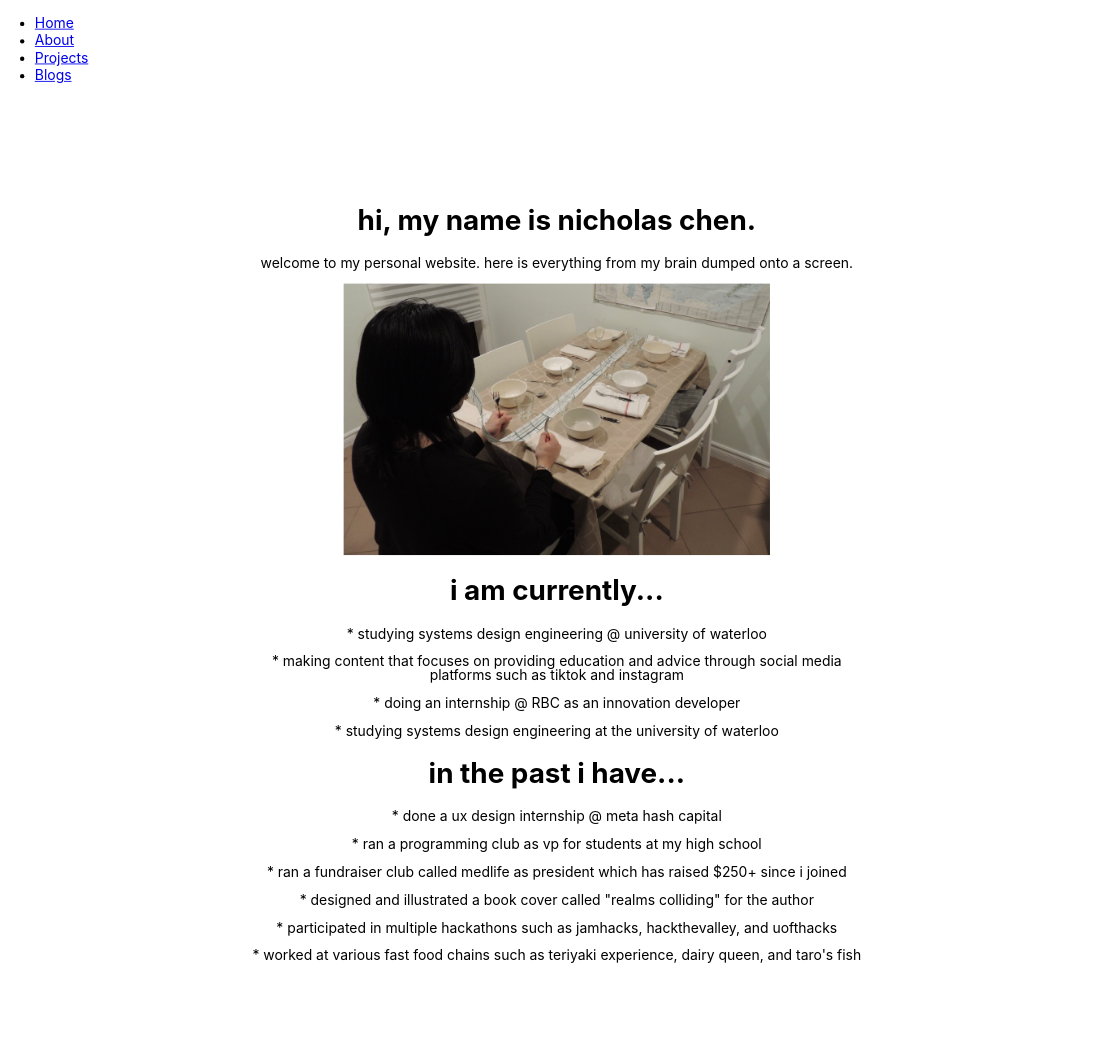
Repository: nicholaschen09/personalWebsite
Page: /
The author's editor kept a copy of each file at every save. The page is drawn from the files as they stood at one save, then again after the next save.
The browser window is 1280 px wide. The pictures show the whole page, at 87% of full size.
The project was rebuilt for these pictures with package versions that can differ from the ones it lists, and the page was loaded fresh each time. Also part of the build but not shown: src/components/About.css, src/components/About.js, src/components/Projects.css, src/components/Projects.js, src/components/Blog.css, src/components/Blog.js, src/components/Miscellaneous.css, src/components/Miscellaneous.js and 4 more.

Above is the page before, as saved 2024-05-23 13:47:54.

### src/App.js
import React from 'react';
import { BrowserRouter as Router, Route, Routes, Link } from 'react-router-dom';
import About from './components/About.js';
import Home from './components/Home.js';
import Projects from './components/Projects.js';
import Blog from './components/Blog.js';
import Miscellaneous from './components/Miscellaneous.js';
import Design from './components/Design.js';
import Engineering from './components/Engineering.js';

function App() {
  return (
    <Router>
      <div>
        <nav>
          <ul>
            <li>
              <Link to="/">Home</Link>
            </li>
            <li>
              <Link to="/about">About</Link>
            </li>
            <li>
              <Link to="/projects">Projects</Link>
            </li>
            <li>
              <Link to="/blogs">Blogs</Link>
            </li>
          </ul>
        </nav>

        <Routes>
          <Route path="/about" element={<About />} />
          <Route path="/" element={<Home />} />
          <Route path="/projects" element={<Projects />} />
          <Route path="/blogs" element={<Blog />} />
          <Route path="/projects/miscellaneous" element={<Miscellaneous />} />
          <Route path="/projects/design" element={<Design />} />
          <Route path="/projects/engineering" element={<Engineering />} />
        </Routes>
      </div>
    </Router>
  );
}

export default App;

### src/components/Home.js
// src/components/Home/Home.js
import React from 'react';
import './Home.css';

const Home = () => {
    return (
        <div className="home">
            <h1>hi, my name is nicholas chen. </h1>
            <p>welcome to my personal website. here is everything from my brain dumped onto a screen.</p>
            <img src={process.env.PUBLIC_URL + '/DSCN3098_2.jpg'}alt="DinnerImage" className="DinnerImage" />

            <h1> i am currently...</h1>
            <p> * studying systems design engineering @ university of waterloo</p>
            <p> * making content that focuses on providing education and advice through social media platforms such as tiktok and instagram</p>
            <p> * doing an internship @ RBC as an innovation developer</p>
            <p> * studying systems design engineering at the university of waterloo</p>

            <h1>in the past i have...</h1>
            <p>* done a ux design internship @ meta hash capital </p>
            <p>* ran a programming club as vp for students at my high school </p>
            <p>* ran a fundraiser club called medlife as president which has raised $250+ since i joined </p>
            <p>* designed and illustrated a book cover called "realms colliding" for the author</p>
            <p>* participated in multiple hackathons such as jamhacks, hackthevalley, and uofthacks </p>
            <p>* worked at various fast food chains such as teriyaki experience, dairy queen, and taro's fish </p>
        </div>
        );



    };
         <div className="column">
         <h1>work experience</h1>
         </div>


export default Home;

### src/components/Home.css
/* src/components/Home/Home.css */
.home {
    text-align: center;
    padding: 100px;
    width: 700px;
    margin-left: auto;
    margin-right: auto;
}
.DinnerImage {
    width: 70%;
    height: 70%;
    margin-left: auto;
    margin-right: auto;
    display: block;
}
p {
    line-height: 1;
}

Loaded but not shown: public/index.html (common file); src/index.js (common file); src/index.css (common file); src/reportWebVitals.js (common file)

After the next save:
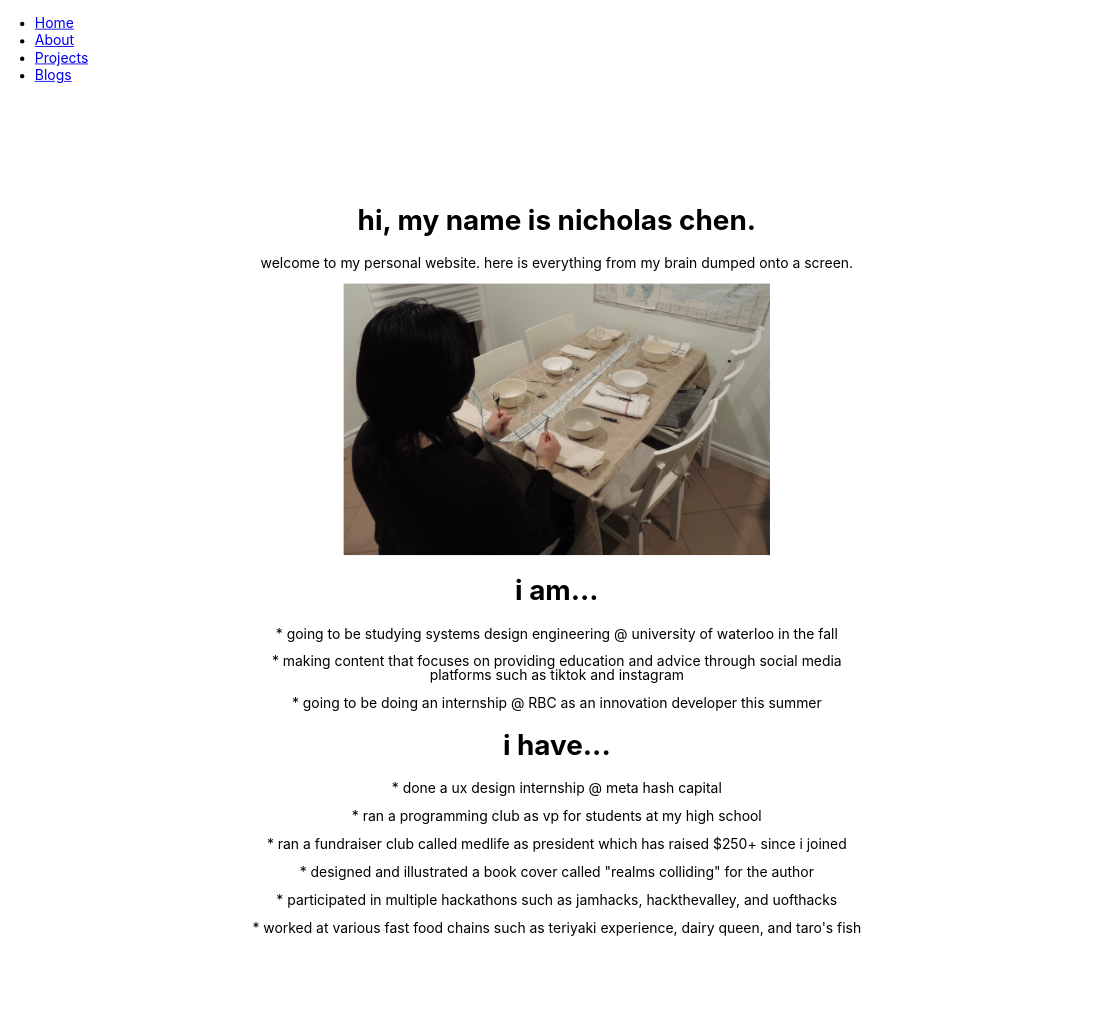
Saved 6 min 11 s later.
--- a/src/components/Home.js
+++ b/src/components/Home.js
@@ -9,13 +9,12 @@ const Home = () => {
             <p>welcome to my personal website. here is everything from my brain dumped onto a screen.</p>
             <img src={process.env.PUBLIC_URL + '/DSCN3098_2.jpg'}alt="DinnerImage" className="DinnerImage" />
 
-            <h1> i am currently...</h1>
-            <p> * studying systems design engineering @ university of waterloo</p>
+            <h1> i am...</h1>
+            <p> * going to be studying systems design engineering @ university of waterloo in the fall</p>
             <p> * making content that focuses on providing education and advice through social media platforms such as tiktok and instagram</p>
-            <p> * doing an internship @ RBC as an innovation developer</p>
-            <p> * studying systems design engineering at the university of waterloo</p>
+            <p> * going to be doing an internship @ RBC as an innovation developer this summer</p>
 
-            <h1>in the past i have...</h1>
+            <h1>i have...</h1>
             <p>* done a ux design internship @ meta hash capital </p>
             <p>* ran a programming club as vp for students at my high school </p>
             <p>* ran a fundraiser club called medlife as president which has raised $250+ since i joined </p>
